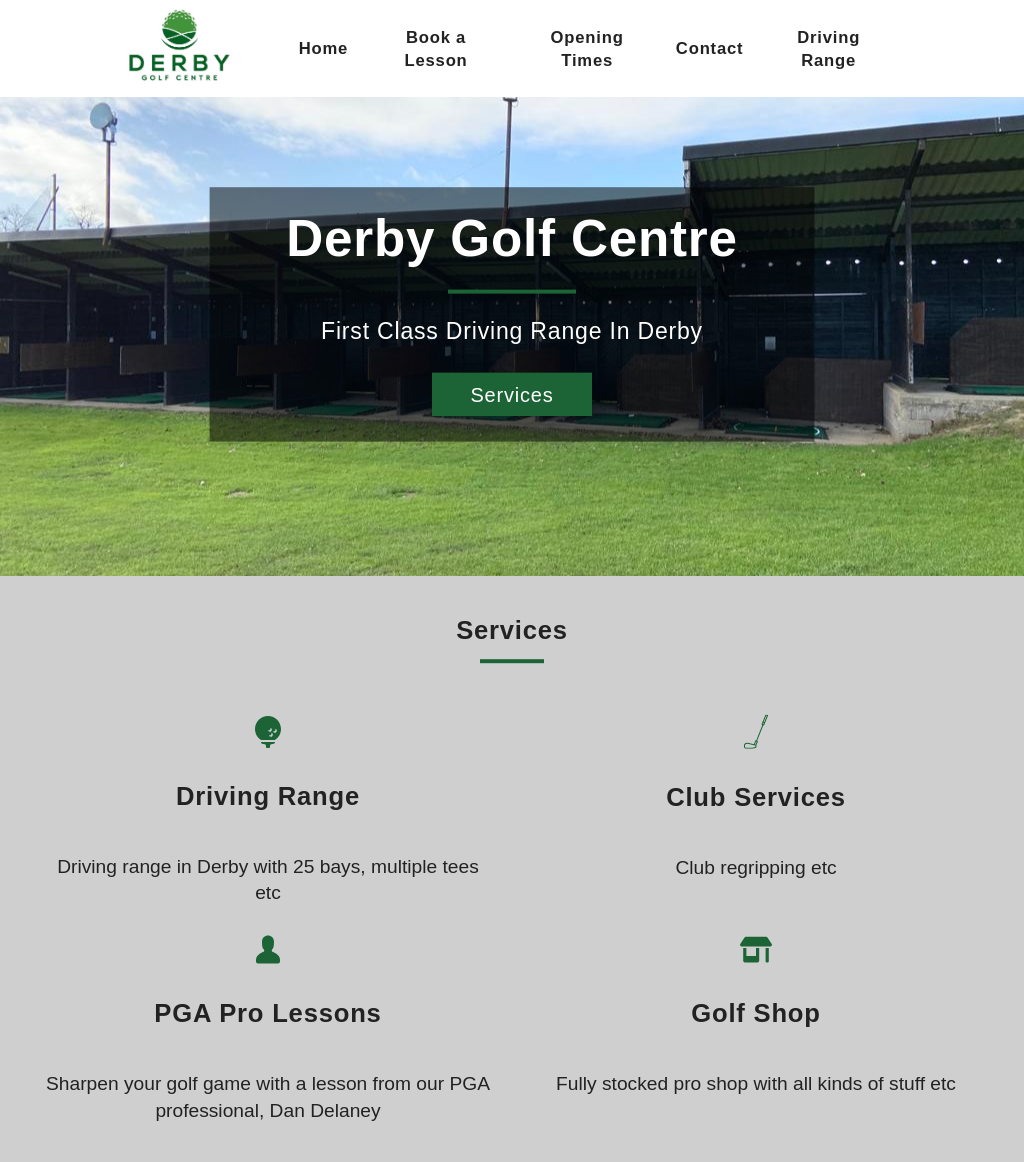
Repository: frankinstyyn/nigeljamesconsulting
Page: /
An editor plug-in stored every save of this project. The page is shown before and after the next save, followed by the edit.
The browser window is 1280 px wide. The pictures show the whole page, at 80% of full size.
Some web fonts or font styles are not loaded; a fallback is used. The project was rebuilt for these pictures with package versions that can differ from the ones it lists, and the page was loaded fresh each time. Also part of the build but not shown: src/pages/Lesson.js, src/pages/SingleRoom.js, src/pages/Error.js.

Above is the page before, as saved 2021-01-08 18:13:07.

### public/index.html
<!DOCTYPE html>
<html lang="en">
  <head>
    <meta charset="utf-8" />
    <link rel="icon" href="%PUBLIC_URL%/favicon.ico" />
    <meta name="viewport" content="width=device-width, initial-scale=1" />
    <meta name="theme-color" content="#000000" />
    <meta
      name="description"
      content="Web site created using create-react-app"
    />
    <link rel="apple-touch-icon" href="%PUBLIC_URL%/logo192.png" />
    <!--
      manifest.json provides metadata used when your web app is installed on a
      user's mobile device or desktop. See https://developers.google.com/web/fundamentals/web-app-manifest/
    -->
    <link rel="manifest" href="%PUBLIC_URL%/manifest.json" />
    <!--
      Notice the use of %PUBLIC_URL% in the tags above.
      It will be replaced with the URL of the `public` folder during the build.
      Only files inside the `public` folder can be referenced from the HTML.

      Unlike "/favicon.ico" or "favicon.ico", "%PUBLIC_URL%/favicon.ico" will
      work correctly both with client-side routing and a non-root public URL.
      Learn how to configure a non-root public URL by running `npm run build`.
    -->
    <title>Derby Golf Centre</title>
  </head>
  <body>
    <noscript>You need to enable JavaScript to run this app.</noscript>
    <div id="root"></div>
    <!--
      This HTML file is a template.
      If you open it directly in the browser, you will see an empty page.

      You can add webfonts, meta tags, or analytics to this file.
      The build step will place the bundled scripts into the <body> tag.

      To begin the development, run `npm start` or `yarn start`.
      To create a production bundle, use `npm run build` or `yarn build`.
    -->
  </body>
</html>

### src/index.js
import React from "react";
import ReactDOM from "react-dom";
import "./index.css";
import { BrowserRouter as Router } from "react-router-dom";
import App from "./App";
import reportWebVitals from "./reportWebVitals";

ReactDOM.render(
  <Router>
    <App />
  </Router>,
  document.getElementById("root")
);

// If you want to start measuring performance in your app, pass a function
// to log results (for example: reportWebVitals(console.log))
// or send to an analytics endpoint. Learn more: https://bit.ly/CRA-vitals
reportWebVitals();

### src/index.css
@import url("https://fonts.googleapis.com/css2?family=Darker+Grotesque:wght@300;800&display=swap");

body {
  margin: 0;
  font-family: -apple-system, BlinkMacSystemFont, "Segoe UI", "Roboto", "Oxygen",
    "Ubuntu", "Cantarell", "Fira Sans", "Droid Sans", "Helvetica Neue",
    sans-serif;
  -webkit-font-smoothing: antialiased;
  -moz-osx-font-smoothing: grayscale;
}

code {
  font-family: source-code-pro, Menlo, Monaco, Consolas, "Courier New",
    monospace;
}

### src/App.js
import "./App.css";
import Home from "./pages/Home";
import Lesson from "./pages/Lesson";
import SingleRoom from "./pages/SingleRoom";
import Error from "./pages/Error";

import { Route, Switch } from "react-router-dom";

import Navbar from "./components/Navbar";

function App() {
  return (
    <>
      <Navbar />
      <Switch>
        <Route exact path="/" component={Home} />
        <Route exact path="/lesson" component={Lesson} />
        <Route exact path="/lesson/:slug" component={SingleRoom} />
        <Route component={Error} />
      </Switch>
    </>
  );
}

export default App;

### src/App.css
* {
  margin: 0;
  padding: 0;
  box-sizing: border-box;
  font-family: "Darker Grotesque", sans-serif;
}
:root {
  --primaryColor: #1c6435;
  --mainWhite: #fff;
  --offWhite: #f7f7f7;
  --mainBlack: #222;
  --mainGrey: #ececec;
  --darkGrey: #cfcfcf;
  --mainTransition: all 0.3s linear;
  --mainSpacing: 1px;
  --lightShadow: 2px 5px 3px 0px rgba(0, 0, 0, 0.5);
  --darkShadow: 4px 10px 5px 0px rgba(0, 0, 0, 0.5);
}
/* globals */
body {
  padding-top: 66px;
  color: var(--mainBlack);
  background: var(--mainWhite);
  font-family: Verdana, Geneva, Tahoma, sans-serif;
  line-height: 1.4;
}
h1 {
  font-size: 3em;
  line-height: 1;
  margin-bottom: 0.5em;
}
h2 {
  font-size: 2em;
  margin-bottom: 0.75em;
}
h3 {
  font-size: 1.5em;
  line-height: 1;
  margin-bottom: 1em;
}
h4 {
  font-size: 1.2em;
  line-height: 1.25;
  margin-bottom: 1.25em;
}
h5 {
  font-size: 1em;
  font-weight: bold;
  margin-bottom: 1.5em;
}
h6 {
  font-size: 1em;
  font-weight: bold;
  margin-bottom: 1.5em;
}

.btn-primary {
  display: inline-block;
  text-decoration: none;
  letter-spacing: var(--mainSpacing);
  color: var(--mainWhite);
  background: var(--primaryColor);
  padding: 0.4rem 0.9rem;
  border: 3px solid var(--primaryColor);
  transition: var(--mainTransition);
  /* text-transform: uppercase; */
  cursor: pointer;
  width: 200px;
  font-size: 25px;
}
.btn-primary:hover {
  background: transparent;
  color: var(--primaryColor);
}
.loading {
  text-transform: capitalize;
  text-align: center;
  margin-top: 3rem;
}
.error {
  text-align: center;
  text-transform: uppercase;
  margin: 2rem 0;
}
.empty-search {
  text-align: center;
  text-transform: capitalize;
  margin: 2rem 0;
  padding: 1rem;
  letter-spacing: var(--mainSpacing);
}
/* end of globals */
/* Navbar */
.logo {
  height: 91px;
}
.navbar {
  position: fixed;
  top: 0;
  left: 0;
  width: 100%;
  padding: 0.75rem 2rem;
  background: var(--mainWhite);
  z-index: 1;
  display: inline-block;
  vertical-align: middle;
  text-align: center;
}
.nav-header {
  display: flex;
  justify-content: space-between;
}
.nav-btn {
  background: transparent;
  border: none;
  cursor: pointer;
  outline: none;
  color: red;
}
.nav-icon {
  font-size: 1.5rem;
  color: var(--primaryColor);
}
.nav-links {
  height: 0;
  overflow: hidden;
  transition: var(--mainTransition);
  list-style-type: none;
  align-items: center;
}
.nav-links a {
  display: block;
  text-decoration: none;
  padding: 1rem;
  color: var(--mainBlack);
  transition: var(--mainTransition);
  text-align: center;
  font-size: 1.3rem;
  font-weight: 600;
  letter-spacing: var(--mainSpacing);
}
.nav-links a:hover {
  color: var(--mainWhite);
  background: var(--primaryColor);
}

.show-nav {
  height: 310px;
}
@media screen and (min-width: 1028px) {
  .nav-btn {
    display: none;
  }
  .nav-center {
    max-width: 1170px;
    margin: 0 10%;
    display: flex;
  }
  .nav-links {
    height: auto;
    display: flex;
    margin-left: 4rem;
  }
  .nav-links a {
    /* margin: 0 1rem; */
    padding: 1rem;
  }
}
/* end of navbar */
/* Hero */
.defaultHero,
.lessonHero {
  min-height: calc(100vh - 66px);
  background: url("./images/defaultBcg.jpeg") center/cover no-repeat;
  display: flex;
  align-items: center;
  justify-content: center;
}
.lessonHero {
  background-image: url("./images/room-2.jpeg");
  /* min-height: 60vh; */
}
/* End of Hero */
/* Banner */
.banner {
  display: inline-block;
  background: rgba(0, 0, 0, 0.5);
  color: var(--mainWhite);
  padding: 2rem 1rem;
  text-align: center;
  text-transform: capitalize;
  letter-spacing: var(--mainSpacing);
}
.banner h1 {
  font-size: 2.5rem;
}
.banner div {
  width: 10rem;
  height: 5px;
  background: var(--primaryColor);
  margin: 1.7rem auto;
}
.banner p {
  font-size: 1.8rem;
  margin-bottom: 2rem;
}
@media screen and (min-width: 576px) {
  .banner {
    padding: 2rem 3rem;
  }
  .banner h1 {
    font-size: 3rem;
  }
}
@media screen and (min-width: 992px) {
  .banner {
    padding: 2rem 6rem;
  }
  .banner h1 {
    font-size: 4rem;
  }
}
/* End of Banner */
/* Title */
.section-title {
  text-align: center;
  margin-bottom: 4rem;
}
.section-title h4 {
  font-size: 2rem;
  letter-spacing: var(--mainSpacing);
  text-transform: capitalize;
  margin-bottom: 1rem;
}
.section-title div {
  width: 5rem;
  height: 5px;
  margin: 0 auto;
  background: var(--primaryColor);
}
/* end of Title */

/* services */
.services {
  padding: 3rem 0;
}
.services {
  background: var(--darkGrey);
  text-align: center;
}
.services-center {
  width: 90vw;
  margin: 0 auto;
  display: grid;
  grid-template-columns: repeat(auto-fit, minmax(450px, 1fr));
  grid-row-gap: 2rem;
  grid-column-gap: 50px;
}
.service span {
  display: inline-block;
  color: var(--primaryColor);
  font-size: 2.5rem;
  margin-bottom: 1.5rem;
}
.services h6 {
  letter-spacing: var(--mainSpacing);
  font-size: 2rem;
}
.services p {
  width: 80%;
  margin: 0 auto;
  font-size: 1.5rem;
}

.servicesImg {
  width: 30px;
  stroke: var(--primaryColor);
  stroke-width: 10;
}
@media screen and (min-width: 992px) {
  .services-center {
    width: 95vw;
    max-width: 1170px;
  }
}

@media screen and (min-width: 1200px) {
  .services p {
    width: 100%;
  }
}
/*end of services */
/* featured rooms */

.featured-rooms {
  padding: 5rem 0;
}
.featured-rooms-center {
  width: 80vw;
  margin: 0 auto;
  display: grid;
  grid-template-columns: repeat(auto-fit, minmax(270px, 1fr));
  grid-row-gap: 2rem;
  grid-column-gap: 40px;
}
@media screen and (min-width: 776px) {
  .featured-rooms-center {
    width: 90vw;
    grid-template-columns: repeat(auto-fit, minmax(330px, 1fr));
  }
}
@media screen and (min-width: 992px) {
  .featured-rooms-center {
    width: 95vw;
    max-width: 1170px;
  }
}
/* end pf featured rooms */
/* room */
.room {
  box-shadow: var(--lightShadow);
  transition: var(--mainTransition);
}
.room:hover {
  box-shadow: var(--darkShadow);
}

.img-container {
  position: relative;
}
.img-container img {
  width: 100%;
  display: block;
  transition: var(--mainTransition);
}
.price-top {
  position: absolute;
  top: 0;
  left: 0;
  background: rgba(0, 0, 0, 0.8);
  color: var(--mainWhite);
  padding: 0.3rem 0.6rem 0.5rem;
  border-bottom-right-radius: 1rem;
  font-size: 0.5rem;
  text-align: center;
  transition: var(--mainTransition);
}
.price-top h6 {
  margin-bottom: 0;
  font-size: 0.9rem;
  font-weight: 300;
  letter-spacing: var(--mainSpacing);
}
.room-link {
  position: absolute;
  top: 50%;
  left: 50%;
  transform: scale(0);
  transition: all 0.3s linear;
}
.img-container:hover {
  background: rgba(0, 0, 0, 0.8);
}
.img-container:hover img {
  opacity: 0.3;
}
.img-container:hover .price-top {
  opacity: 0;
}
.img-container:hover .room-link {
  transform: translate(-50%, -50%) scale(1);
}
.room-info {
  background: var(--darkGrey);
  text-transform: capitalize;
  padding: 0.5rem 0;
  text-align: center;
  font-weight: 700;
  letter-spacing: var(--mainSpacing);
}
/* end of room  */
/* single room*/

.single-room {
  padding: 5rem 0 0 0;
}
.single-room-images {
  width: 80vw;
  margin: 0 auto;
  display: grid;
  grid-template-columns: repeat(auto-fit, minmax(350px, 1fr));
  grid-row-gap: 2rem;
  grid-column-gap: 50px;
}
.single-room-images img {
  width: 100%;
  display: block;
}
.single-room-info {
  width: 80vw;
  display: grid;
  grid-template-columns: 1fr;
  margin: 2rem auto;
}
.desc,
.info {
  margin: 1rem 0;
}
.desc h3 {
  text-transform: capitalize;
  letter-spacing: var(--mainSpacing);
}
.desc p {
  line-height: 1.5;
}
.info h3,
.info h6 {
  text-transform: capitalize;
  letter-spacing: var(--mainSpacing);
}

.info h6 {
  font-weight: 300;
}
.room-extras {
  width: 80vw;
  margin: 0 auto 3rem auto;
}
.room-extras h6 {
  text-transform: capitalize;
  letter-spacing: var(--mainSpacing);
}
.extras {
  list-style-type: none;
  display: grid;
  grid-template-columns: repeat(auto-fit, minmax(330px, 1fr));
  grid-column-gap: 2rem;
  grid-row-gap: 1rem;
}
@media screen and (min-width: 992px) {
  .single-room-images,
  .single-room-info,
  .room-extras {
    width: 95vw;
    max-width: 1170px;
  }
  .single-room-info {
    display: grid;
    grid-template-columns: 1fr 1fr;
    grid-column-gap: 2rem;
  }
  .info {
    padding-left: 3rem;
  }
}
/* end of single room*/
/* roomlist */
.roomslist {
  padding: 5rem 0;
}
.roomslist-center {
  width: 80vw;
  margin: 0 auto;
  display: grid;
  grid-template-columns: repeat(auto-fill, minmax(270px, 1fr));
  grid-row-gap: 2rem;
  grid-column-gap: 30px;
}

@media screen and (min-width: 776px) {
  .roomslist-center {
    width: 90vw;
  }
}
@media screen and (min-width: 992px) {
  .roomslist-center {
    width: 95vw;
    max-width: 1170px;
  }
}
/* end of roomlist */
/*  rooms fitler*/
.filter-container {
  padding: 5rem 0;
}
.filter-form {
  width: 60vw;
  margin: 0 auto;
  display: grid;
  grid-template-columns: repeat(auto-fit, minmax(202px, 1fr));
  grid-row-gap: 2rem;
  grid-column-gap: 40px;
}
.form-group {
  text-transform: capitalize;
}
.form-group label {
  display: block;
  letter-spacing: var(--mainSpacing);
  margin-bottom: 0.5rem;
}
.form-control {
  width: 100%;
  background: transparent;
  font-size: 1rem;
}
.size-inputs {
  display: flex;
}
.size-input {
  width: 40%;
  padding: 0.2rem;
  border: 1px solid var(--mainBlack);
  border-radius: 0.3rem;
  margin-right: 0.3rem;
}
.single-extra label {
  display: inline-block;
  font-size: 0.8rem;
  margin-left: 0.5rem;
}
@media screen and (min-width: 776px) {
  .filter-form {
    width: 70vw;
  }
}
@media screen and (min-width: 992px) {
  .filter-form {
    width: 95vw;
    max-width: 1170px;
  }
}
/* end of rooms fitler*/

### src/pages/Home.js
import React from "react";
import Hero from "../components/Hero";
import Banner from "../components/Banner";
import { Link } from "react-router-dom";
import Services from "../components/Services"

export default function Home() {
  return (
    <>
    <Hero hero="defaultHero" >
      <Banner title="Derby Golf Centre" subtitle="First class Driving Range in Derby">
        <Link to="/lesson" className="btn-primary">
          Services
      </Link>
      </Banner>
      </Hero>
      <Services />
      </>
  );
}

### src/components/Navbar.js
import React, { Component } from "react";
// import { IoGolf } from "react-icons/io5";
import logo from "../images/sdrlogo.jpeg";
import { FaAlignRight } from "react-icons/fa";
import { Link } from "react-router-dom";

export default class Navbar extends Component {
  state = {
    isOpen: false,
  }
  handleToggle = () => {
    this.setState({ isOpen: !this.state.isOpen });
  }
  render() {
    return <nav className="navbar">
      <div class="nav-center">
        <div class="nav-header">
          <Link to="/">
            <img className="logo" src={logo} alt="Derby Golf Centre" />
          </Link>
          <button type="button" className="nav-btn" onClick={this.handleToggle}>
            <FaAlignRight className="nav-icon" />
          </button>
        </div>
        <ul className={this.state.isOpen ? "nav-links show-nav" : "nav-links"}>
          <li>
            <Link to="/">Home</Link>
          </li>
          <li>
            <Link to="/lesson">Book a Lesson</Link>
          </li>
          <li>
            <Link to="/opening-times">Opening Times</Link>
          </li>
          <li>
            <Link to="/contact">Contact</Link>
          </li>
          <li>
            <Link to="/driving-range">Driving Range</Link>
          </li>
        </ul>
      </div>
    </nav>;
  }
}

### src/components/Hero.js
import React from 'react'

export default function Hero({children, hero}) {
    return (
        <header className={hero}>{children}</header>
    )
}

### src/components/Banner.js
import React from 'react'

export default function Banner({children,title,subtitle}) {
    return (
        <div className="banner">
            <h1>{title}</h1>
            <div></div>
            <p>{subtitle}</p>
            {children}
        </div>
    )
}

### src/components/Services.js
import React, { Component } from 'react'
import { FaGolfBall, FaStoreAlt } from 'react-icons/fa'
import { GoPerson } from "react-icons/go";
import golfclub from '../images/golf-club.svg'
import Title from "./Title"


export default class Services extends Component {
    state = {
        services: [
            {
                icon: <FaGolfBall />,
                title: "Driving Range",
                info: "Driving range in Derby with 25 bays, multiple tees etc"
            },
            {
                icon: <img src={golfclub} className="servicesImg" alt="Club Services"/>,
                title: "Club Services",
                info: "Club regripping etc"
            },
            {
                icon: <GoPerson />,
                title: "PGA Pro Lessons",
                info: "Sharpen your golf game with a lesson from our PGA professional, Dan Delaney"
            },
            {
                icon: <FaStoreAlt />,
                title: "Golf Shop",
                info: "Fully stocked pro shop with all kinds of stuff etc"
            }
        ]
    };
    render() {
        return (
            <section className="services">
                <Title title="services" />
                <div className="services-center">
                    {this.state.services.map((item, index) => {
                        return (
                            <article key={index} className="service">
                                <span>{item.icon}</span>
                                <h6>{item.title}</h6>
                                <p>{item.info}</p>
                            </article>
                        )
                    })}
                </div>
            </section>
        )
    }
}

Loaded but not shown: src/reportWebVitals.js (common file); src/components/Title.js (common file)

After the next save:
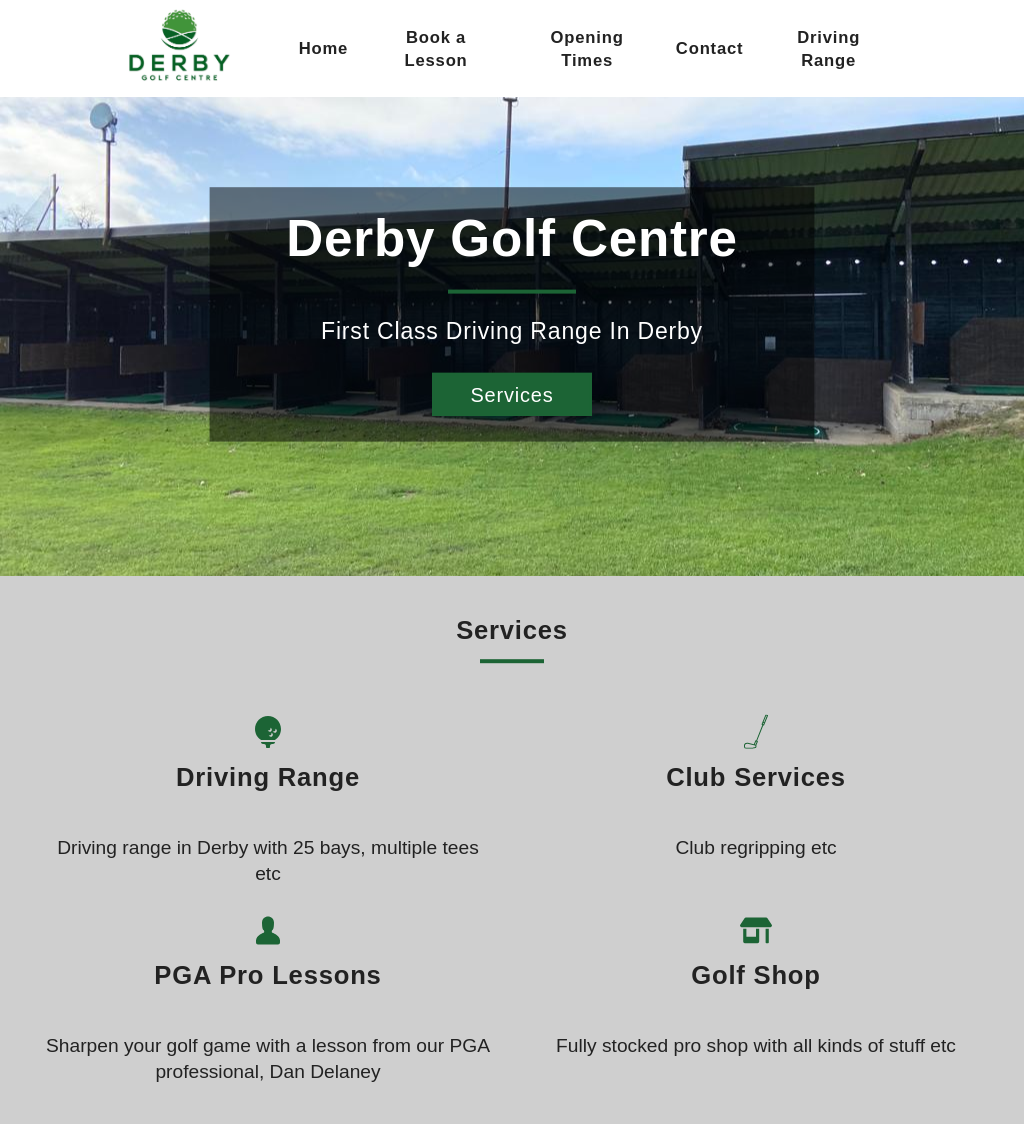
Saved 2 min 8 s later.
--- a/src/App.css
+++ b/src/App.css
@@ -260,7 +260,7 @@
   display: inline-block;
   color: var(--primaryColor);
   font-size: 2.5rem;
-  margin-bottom: 1.5rem;
+  /* margin-bottom: 1.5rem; */
 }
 .services h6 {
   letter-spacing: var(--mainSpacing);
